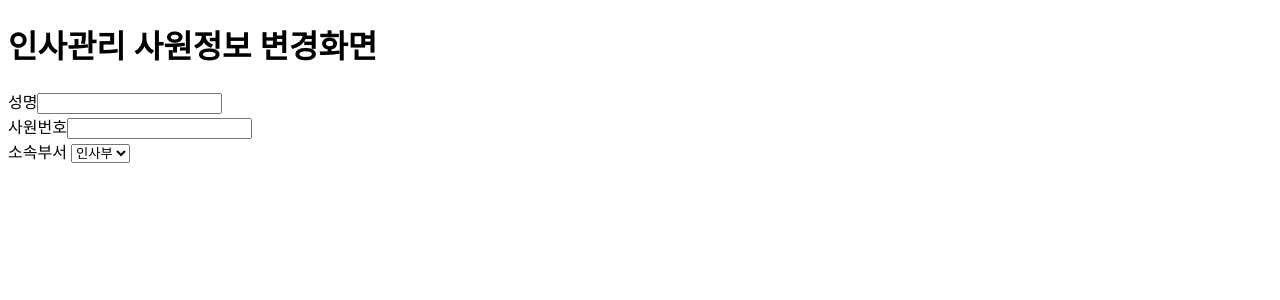
Repository: Namyunha/Oracle-Study
Page: http://localhost/test1_practice/updateMemberForm.jsp
An editor plug-in stored every save of this project. The page is shown before and after the next save, followed by the edit.
The browser window is 1280 px wide. The pictures show the whole page.
The page is served by Tomcat 9.

Above is the page before, as saved 2023-08-04 12:56:54.

After the next save:
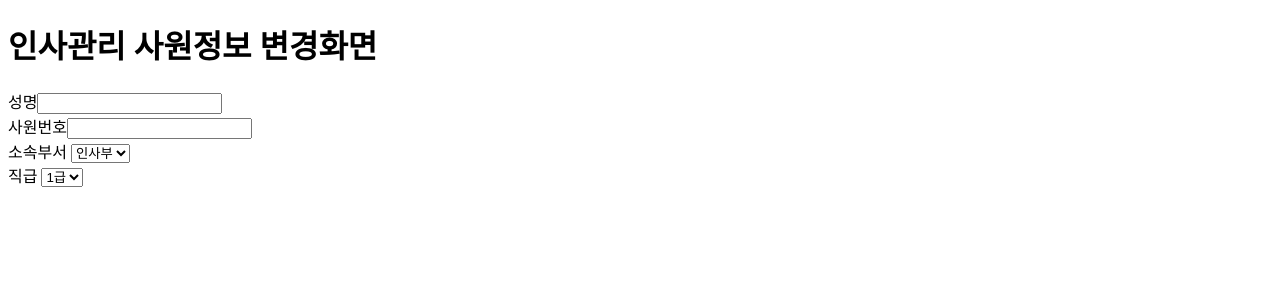
Saved 3 min 12 s later.
--- a/test1_practice/src/main/webapp/updateMemberForm.jsp
+++ b/test1_practice/src/main/webapp/updateMemberForm.jsp
@@ -13,13 +13,20 @@
 		<label for="id">사원번호</label><input id="id" name="id" type="text"><br>
 		<label for="dept">소속부서</label>
 		<select name="dept" id="dept">
-			<option>인사부</option>
-			<option>기획부</option>
-			<option>영업부</option>
-			<option>홍보부</option>
-			<option>경리부</option>
+			<option value="인사부">인사부</option>
+			<option value="기획부">기획부</option>
+			<option value="영업부">영업부</option>
+			<option value="홍보부">홍보부</option>
+			<option value="경리부">경리부</option>
 		</select>
 		<br>
+		<label for="position">직급</label>
+		<select id="position" name="position">
+			<option value="1">1급</option>
+			<option value="2">2급</option>
+			<option value="3">3급</option>
+			<option value="4">4급</option>
+		</select>
 
 	</form>
 </body>
